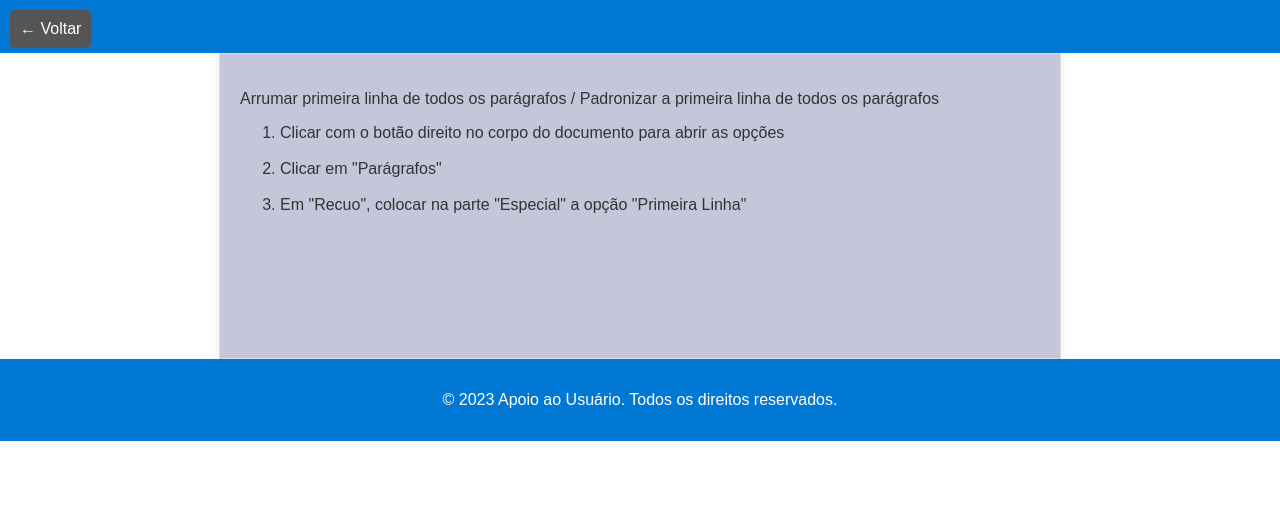
Repository: I4guito/dicasdez
Page: Dicas site/office365 tutoriais/wordtutoriais/criardocumentoword.html
The author's editor kept a copy of each file at every save. The page is drawn from the files as they stood at one save, then again after the next save.
The browser window is 1280 px wide. The pictures show the whole page.

Above is the page before, as saved 2023-12-01 10:59:58.

### Dicas site/office365 tutoriais/wordtutoriais/criardocumentoword.html
<!DOCTYPE html>
<html lang="pt-br">
<head>
    <meta charset="UTF-8">
    <meta name="viewport" content="width=device-width, initial-scale=1.0">
    <link rel="stylesheet" href="ztutor.css">
    <script src="/Dicas site/office365 tutoriais/wordtutoriais/tutors.js"></script>
    <title>Tutoriak</title>
</head>
<body>
    <header>
        <a href="javascript:history.back()" class="voltar-btn">&#8592; Voltar</a>
        <h1></h1>

    </header>
<div class="container">
    <section class="tutorial-content">

        <p>Arrumar primeira linha de todos os parágrafos / Padronizar a primeira linha de todos os parágrafos</p>
        <ol>
            <li>Clicar com o botão direito no corpo do documento para abrir as opções</li><br>
            <li>Clicar em "Parágrafos"</li><br>
            <li>Em "Recuo", colocar na parte "Especial" a opção "Primeira Linha"</li>

        </ol>
    </section><br><br><br><br><br><br>
</div>



    <footer>
        <p>&copy; 2023 Apoio ao Usuário. Todos os direitos reservados.</p>
    </footer>
</body>
</html>

### Dicas site/office365 tutoriais/wordtutoriais/ztutor.css
body {
    font-family: 'Arial', sans-serif;
    margin: 0;
    padding: 0;
}

header {
    background-color: #0078D4;
    color: white;
    text-align: center;
    padding: 1rem;
}

header img {
    max-width: 100px;
    margin-top: 10px;
}

.container {
    max-width: 800px;
    margin: 0 auto;
    background-color: rgb(198, 198, 218);
    padding: 20px;
    box-shadow: 0 0 10px rgba(0, 0, 0, 0.1);
    border: 1px solid #ddd;
    color: #333;
}

.problems-list {
    max-width: 600px;
    margin: 20px auto;
    padding: 20px;
    border: 1px solid #ddd;
    border-radius: 5px;
}

.problems-list h2 {
    color: #0078D4;
}

.problems-list ul {
    list-style-type: none;
    padding: 0;
}

.problems-list li {
    margin: 10px 0;
    border-bottom: 1px solid #ddd;
    padding: 10px;
    background-color: #53616b;
}

.problems-list li:last-child {
    border-bottom: none; /
}

.problems-list a {
    text-decoration: none;
    color: #0078D4;
    transition: color 0.3s;
}

.problems-list a:hover {
    color: #004377;
}

footer {
    background-color: #0078D4;
    color: white;
    text-align: center;
    padding: 1rem;
}

.link-instrucoes {
    font-family:cursive;
    width: 50px;
    left: 10px;
    text-decoration: none;
    color: #fff;
    font-size: 25px;
    padding: 3px;
    background-color: #555;
    border: none;
    border-radius: 10px;
    cursor: pointer;
    transition:  background-color 0.3s;
}

.link-instrucoes:hover {
    background-color:#777
}


.voltar-btn {
    position: absolute;
    left: 10px;
    top: 10px;
    text-decoration: none;
    color: #fff;
    font-size: 16px;
    padding: 10px;
    background-color: #555;
    border: none;
    border-radius: 5px;
    cursor: pointer;
    transition: background-color 0.3s;
}

.voltar-btn:hover {
    background-color: #777;
}


.step {
    max-width: 800px;
    margin: 0 auto;
    background-color: #333;
    padding: 20px;
    box-shadow: 0 0 10px rgba(0, 0, 0, 0.1);
    border: 1px solid #ddd;
    color: #333;
    margin-bottom: 40px;
    padding: 20px;
    border-radius: 8px;
    box-shadow: 0 4px 8px rgba(0, 0, 0, 0.1);
}

### Dicas site/office365 tutoriais/wordtutoriais/tutors.js

const isOpera = navigator.userAgent.indexOf("OPR") > -1;


if (isOpera) {
  document.addEventListener("DOMContentLoaded", function () {
    document.querySelector("body").style.backgroundColor = "#005c4b";
    document.querySelector(".container").style.color = "#333";
    document.querySelector(".container").style.backgroundColor = "#006c6d";
  });
}

After the next save:
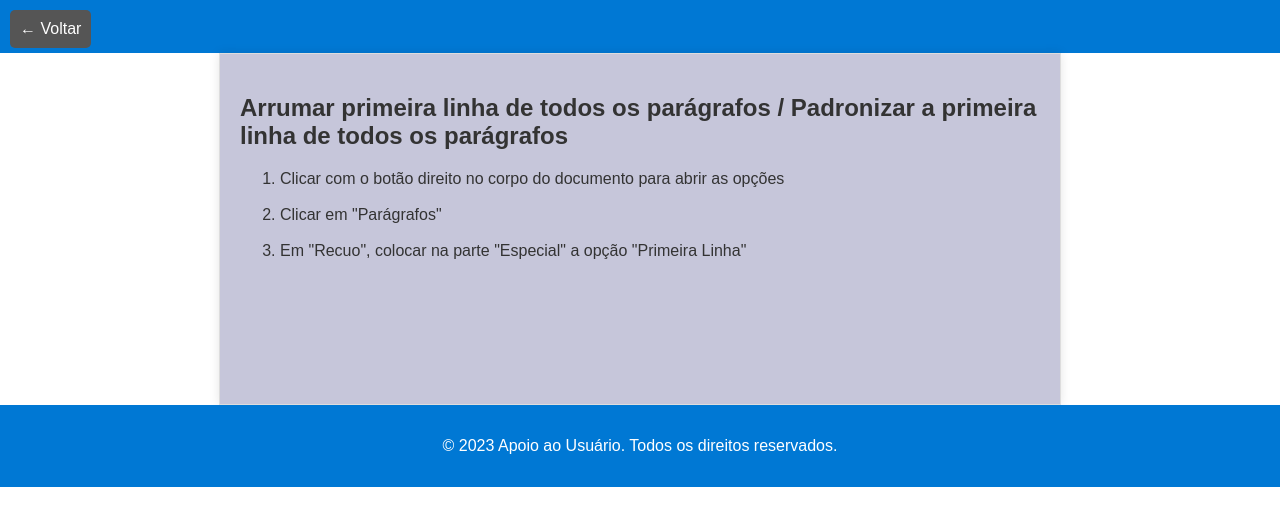
Saved 1 s later.
--- a/Dicas site/office365 tutoriais/wordtutoriais/criardocumentoword.html
+++ b/Dicas site/office365 tutoriais/wordtutoriais/criardocumentoword.html
@@ -16,7 +16,7 @@
 <div class="container">
     <section class="tutorial-content">
 
-        <p>Arrumar primeira linha de todos os parágrafos / Padronizar a primeira linha de todos os parágrafos</p>
+        <h2>Arrumar primeira linha de todos os parágrafos / Padronizar a primeira linha de todos os parágrafos</h2>
         <ol>
             <li>Clicar com o botão direito no corpo do documento para abrir as opções</li><br>
             <li>Clicar em "Parágrafos"</li><br>
